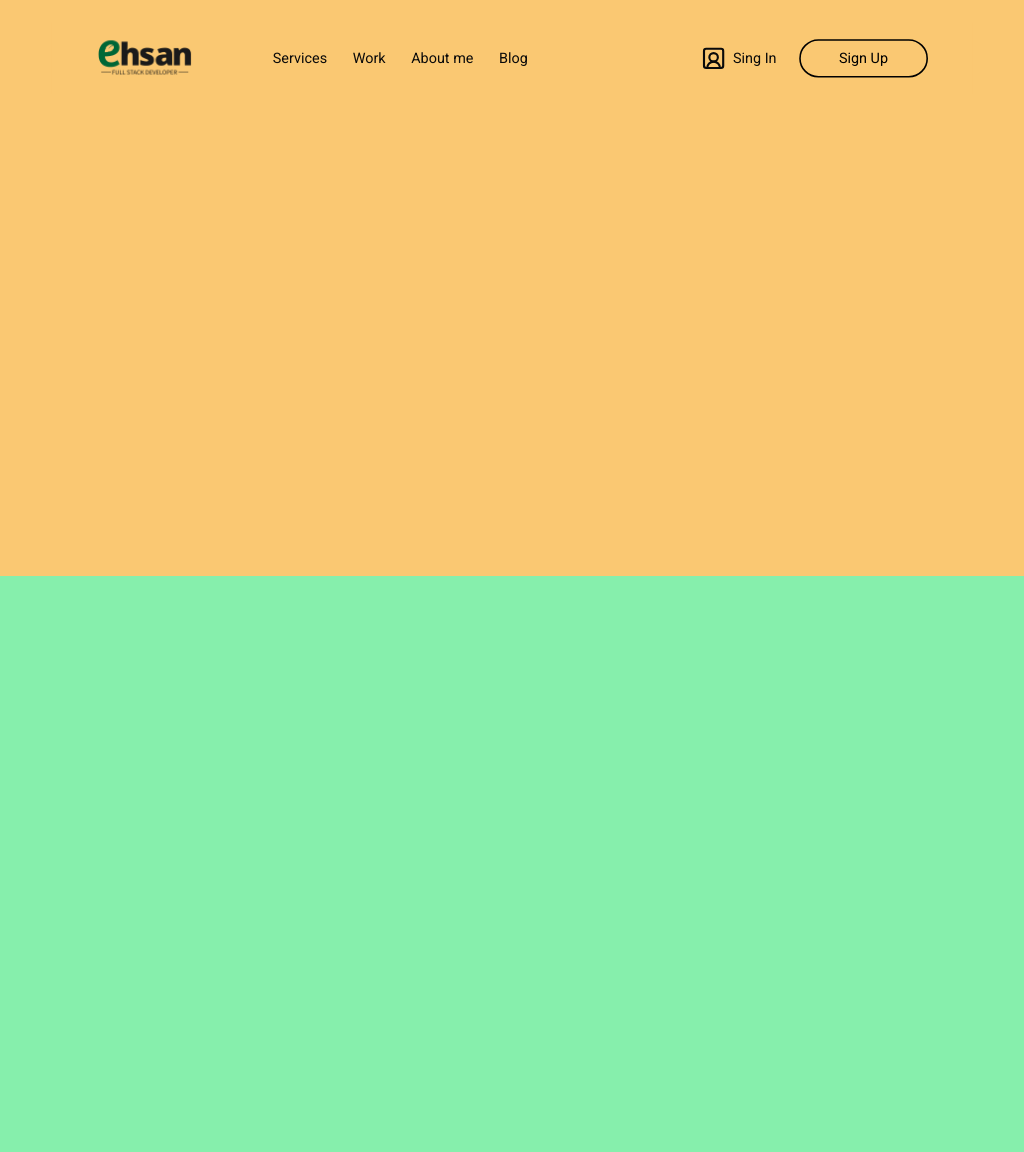
Repository: FrontendProjectsNL/mijn-portfolio-project
Page: /exercise
The author's editor kept a copy of each file at every save. The page is drawn from the files as they stood at one save, then again after the next save.
The browser window is 1280 px wide. The pictures show the whole page, at 80% of full size.
The project was rebuilt for these pictures with package versions that can differ from the ones it lists, and the page was loaded fresh each time. The framework's server and built-in components were replaced by stand-ins that run in the browser. Also part of the build but not shown: next.config.mjs.

Above is the page before, as saved 2024-10-25 13:34:13.

After the next save:
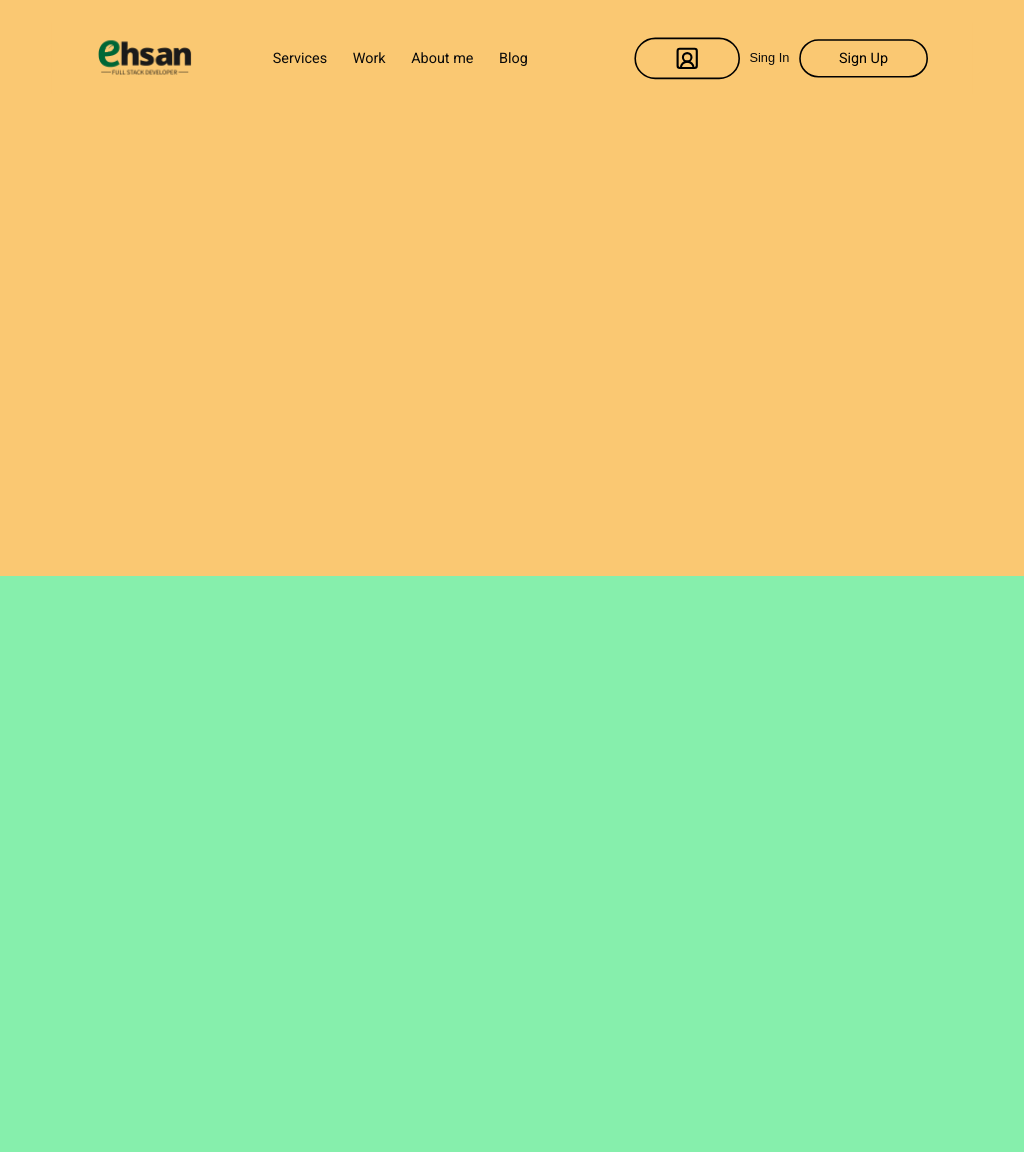
Saved 109 s later.
--- a/app/exercise/page.tsx
+++ b/app/exercise/page.tsx
@@ -70,18 +70,20 @@ const Page: React.FC<PageProps> = () => {
           </ul>
         </div>
         <div className="flex items-center gap-3">
-          <Link
+          {/* <Link
             href={'/'}
             className="flex items-center gap-2 text-lg  font-roboto mr-4"
-          >
+          > */}
+          <button className="font-roboto group relative inline-flex items-center overflow-hidden rounded-full border-2 border-black px-12 py-2 text-lg text-black hover:bg-gray-50 hover:text-white">
             <SquareUserRound className="w-8 h-8 transition-transform duration-300 ease-in-out hover:scale-125 font-normal" />
             {/* <CircleUser className="w-8 h-8 transition-transform duration-300 ease-in-out hover:scale-125" /> */}
+          </button>
 
-            {/* <User className="w-8 h-8 transition-transform duration-300 ease-in-out hover:scale-125" /> */}
-            <span className="relative transform duration-700 group-hover:-translate-x-3">
-              Sing In
-            </span>
-          </Link>
+          {/* <User className="w-8 h-8 transition-transform duration-300 ease-in-out hover:scale-125" /> */}
+          <span className="relative transform duration-700 group-hover:-translate-x-3">
+            Sing In
+          </span>
+          {/* </Link> */}
 
           <button className="font-roboto group relative inline-flex items-center overflow-hidden rounded-full border-2 border-black px-12 py-2 text-lg text-black hover:bg-gray-50 hover:text-white">
             <span className="duration-400 ease absolute left-0 top-1/2 block h-0 w-full bg-[#f27d4b] opacity-100 transition-all group-hover:top-0 group-hover:h-full"></span>
